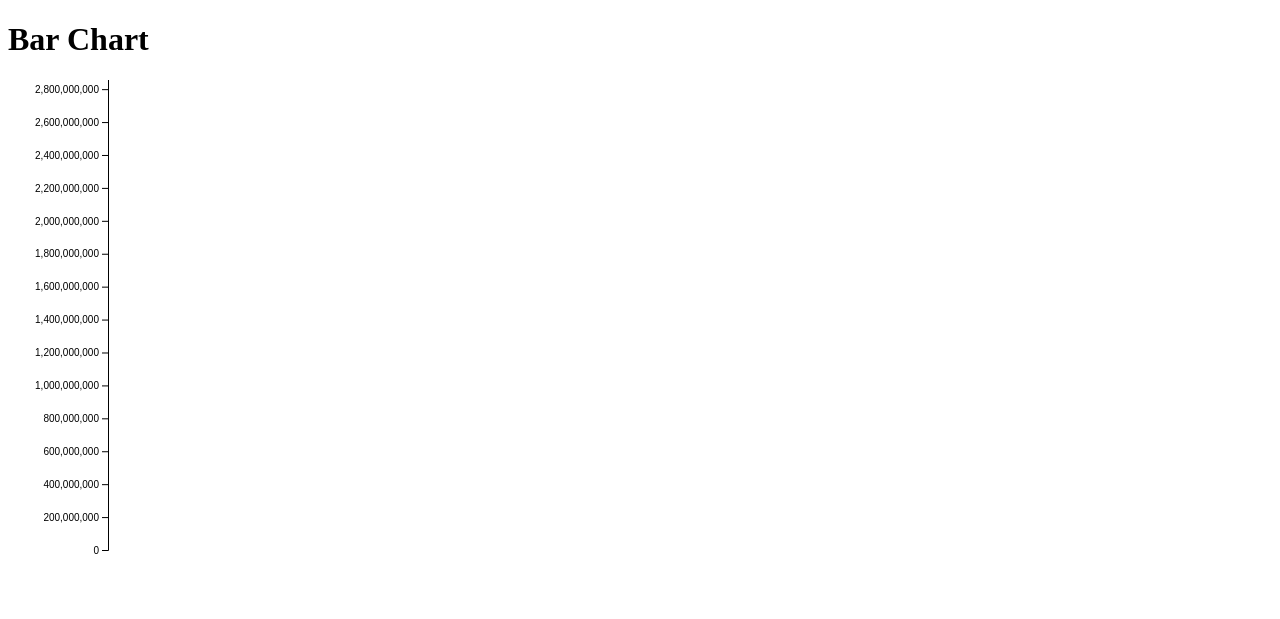
Repository: komalharjani/d3js-visualisation
Page: index.html
An editor plug-in stored every save of this project. The page is shown before and after the next save, followed by the edit.
The browser window is 1280 px wide. The pictures show the whole page.

Above is the page before, as saved 2020-04-29 18:43:48.

### index.html
<!DOCTYPE html>
<html lang="en">
<head>
    <meta charset="UTF-8">
    <meta name="viewport" content="width=device-width, initial-scale=1.0">
    <title>Information Visualisation Practical 3</title>
</head>
<body>
    <div id="barChart"></div>
    <h1>Bar Chart</h1>

</body>
<script src="https://d3js.org/d3.v5.min.js"></script>
<script src="index.js"></script>
</html>

### index.js

let dataPath = "data/energy.csv";
d3.csv(dataPath)
        .then(function (data) {

                let finals = [];

                //Filter Data into new object
                for (let i = 0; i < data.length; i++) {
                        if (data[i].region == "Combined" && data[i].year == 1990) {
                                finals.push({
                                        amount: parseInt(data[i].amount),
                                        type: data[i].type,
                                })
                        }
                }
                console.log(finals);

                let width = 1000;
                let height = 500;
                let margin = {
                        top: 20,
                        right: 20,
                        bottom: 20,
                        left: 50
                };
                let barwidth = (width / finals.length);

                //Append to HTML Document
                let svg = d3.select("body")
                        .append("svg")
                        .attr("height", height)
                        .attr("width", width);

                //Scales
                let xscale = d3.scaleLinear()
                        .domain([0, d3.max(finals, d => d.amount)])
                        .range([0, width]);

                let yscale = d3.scaleLinear()
                        .domain([0, d3.max(finals, d => d.amount)])
                        .range([height, 0]);

                //text scales
                let yscales = d3.scaleBand()
                .domain(data.map(d => d.type))
                .range(0, width);

                //Axis

                let y_axis = d3.axisLeft()
                        .scale(yscale);

                svg.append("g")
                        .attr("transform", "translate(100,-30)")
                        .call(y_axis)


                //X Axis
                // let x_axis = d3.axisBottom()
                //         .scale(xscale);
                // let xAxisTranslate = height - 30;

                // svg.append("g")
                //         .attr("transform", "translate(100,30)")
                //         .call(yscales)

                //Barchart
                svg.selectAll("body") //add rectangles to all data
                        .data(finals) //provide finals as dataset
                        .enter()
                        .append("rect")
                        .attr("y", function (d) {
                                return height - xscale(d.amount);
                        })
                        .attr("height", function (d) {
                                return xscale(d.amount);
                        })
                        .attr("width", barwidth - 5)
                        .attr("transform", function (d, i) {
                                let translate = [barwidth * i,xscale(d.amount)];
                                return "translate(" + translate + ")";
                        })
                        .attr("fill", 'black');

                // Barchart Text
                // let text = svg.selectAll("text")
                //         .data(finals)
                //         .enter()
                //         .append("text")
                //         .text(function (d) {
                //                 return d.amount;
                //         })
                //         .attr("y", function (d, i) {
                //                 return height - xscale(d.amount) - 2;
                //         })
                //         .attr("x", function (d, i) {
                //                 return barwidth * i - 30;
                //         })

        });

After the next save:
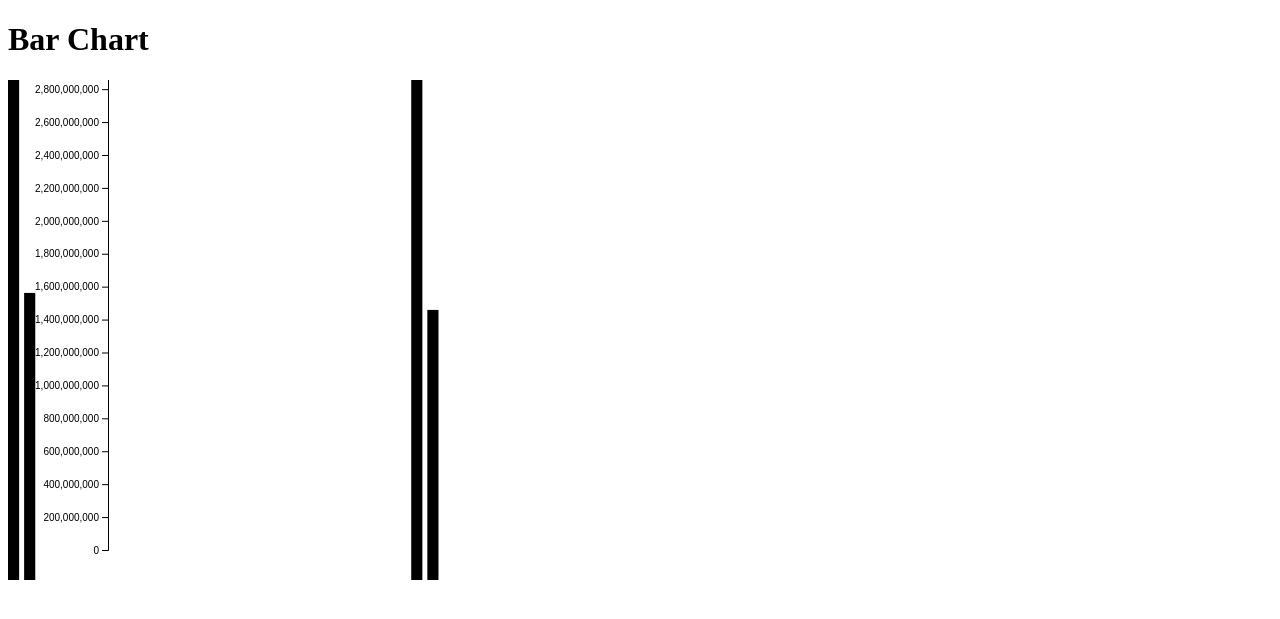
Saved 8 s later.
--- a/index.js
+++ b/index.js
@@ -78,7 +78,7 @@ d3.csv(dataPath)
                         })
                         .attr("width", barwidth - 5)
                         .attr("transform", function (d, i) {
-                                let translate = [barwidth * i,xscale(d.amount)];
+                                let translate = [barwidth * i,yscale(d.amount)];
                                 return "translate(" + translate + ")";
                         })
                         .attr("fill", 'black');
